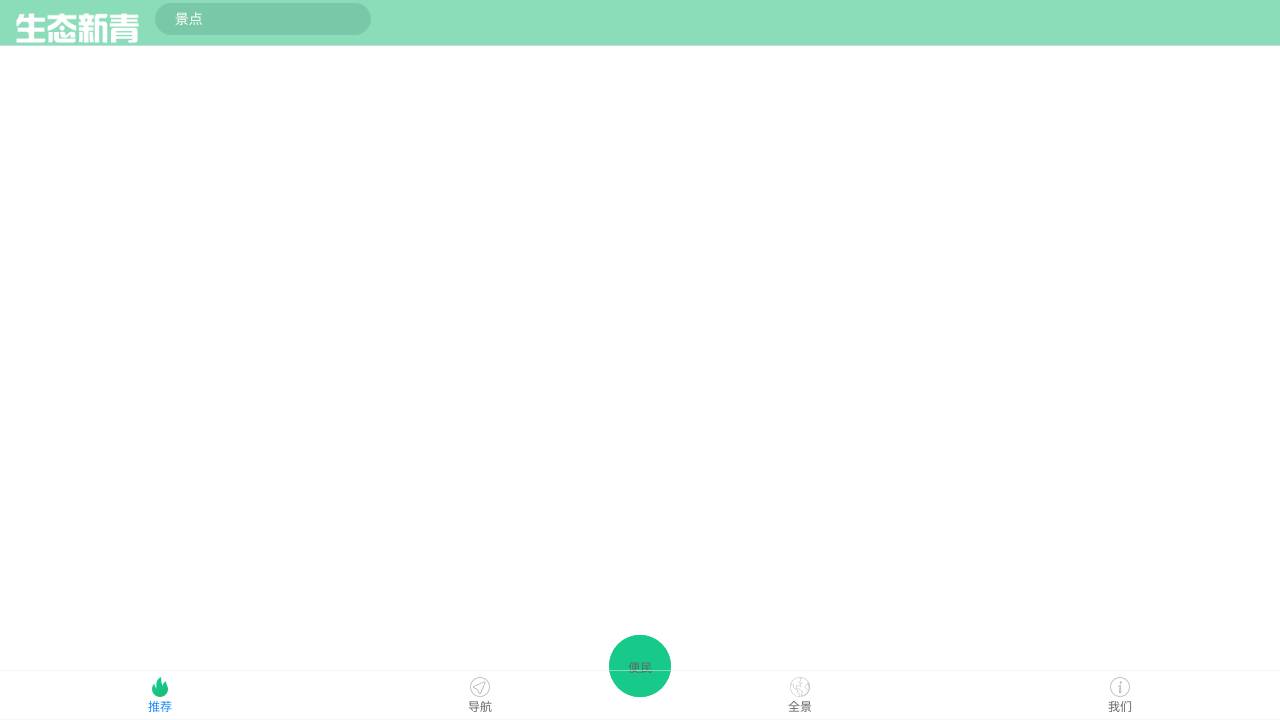
Repository: huye123/stcq
Page: /
An editor plug-in stored every save of this project. The page is shown before and after the next save, followed by the edit.
The browser window is 1280 px wide. The pictures show the whole page.
The project was rebuilt for these pictures with package versions that can differ from the ones it lists, and the page was loaded fresh each time. Also part of the build but not shown: src/components/search.vue.

Above is the page before, as saved 2019-06-28 16:40:06.

### index.html
<!DOCTYPE html>
<html>
  <head>
    <meta charset="utf-8">
    <meta name="viewport" content="width=device-width,initial-scale=1.0">
    <title>stcqapp</title>
  </head>
  <body>
    <div id="app"></div>
    <!-- built files will be auto injected -->
  </body>
</html>

### src/main.js
// The Vue build version to load with the `import` command
// (runtime-only or standalone) has been set in webpack.base.conf with an alias.
import Vue from 'vue'
import App from './App'
import router from './router'
import Vant from 'vant';
import 'vant/lib/index.css';
Vue.use(Vant)

Vue.config.productionTip = false

// require('src\style\index.less')
/* eslint-disable no-new */
new Vue({
  el: '#app',
  router,
  components: { App },
  template: '<App/>'
})

### src/App.vue
<template>
  <div id="app">
     <router-view/>
  <van-tabbar v-model="active">
  <van-tabbar-item >
    <span>推荐</span>
    <img
      slot="icon"
      slot-scope="props"
      :src="props.active ? icon.active : icon.normal"
    >
  </van-tabbar-item>
  <van-tabbar-item >
    <span>导航</span>
    <img
      slot="icon"
      slot-scope="search"
      :src="search.active ? icon.active1 : icon.navigation"
    >
  </van-tabbar-item>
  <van-tabbar-item  class="bianmin">
    <span>便民</span>
  </van-tabbar-item>
   <van-tabbar-item  class="bianmin">
    <span>便民</span>
  </van-tabbar-item>
  <van-tabbar-item >
    <span>全景</span>
    <img
      slot="icon"
      slot-scope="panorama"
      :src="panorama.active ? icon.active3 : icon.panorama"
    >
  </van-tabbar-item>
  <van-tabbar-item >
    <span>我们</span>
    <img
      slot="icon"
      slot-scope="user"
      :src="user.active ? icon.active4 : icon.user"
    >
  </van-tabbar-item>
  <!-- <van-tabbar-item icon="search">标签</van-tabbar-item>
  <van-tabbar-item icon="setting-o">标签</van-tabbar-item>
  <van-tabbar-item icon="search">标签</van-tabbar-item> -->
</van-tabbar>
  </div>
</template>

<script>
export default {
  name: 'App',
  data() {
    return {
      active: 0,
      icon: {
        normal: 'static/image/tuijian-n.png',
        active: 'static/image/tuijian-s.png',
        navigation: 'static/image/daolan-n.png',
        active1: 'static/image/daolan-s.png',
        panorama: 'static/image/quanjing-n.png',
        active3: 'static/image/quanjing-s.png',
        user: 'static/image/women-n.png',
        active4: 'static/image/women-s.png'
      },
      //  iconNav: {
      //   normal: 'static/image/daolan-n.png',
      //   active: 'static/image/daolan-s.png'
      // }
    }
  },
}
</script>

<style>
#app {
  font-family: 'Avenir', Helvetica, Arial, sans-serif;
  -webkit-font-smoothing: antialiased;
  -moz-osx-font-smoothing: grayscale;
  text-align: center;
  color: #2c3e50;
  margin-top: 60px;
}
.bianmin{
      background: #18ca8a;
    border-radius: 50%;
    /* width: 100%; */
    height: 62px;
    width: 62px;
    position: absolute;
    top:  calc(-50% - 10px);
    left: calc(50% - 31px);

}
</style>

### src/router/index.js
import Vue from 'vue'
import Router from 'vue-router'
import HelloWorld from '@/components/HelloWorld'
import Search from '@/components/search'

Vue.use(Router)

export default new Router({
  routes: [
    {
      path: '/',
      name: 'HelloWorld',
      component: HelloWorld
    },
    {
      path: '@/components/search',
      name: 'search',
      meta: {
       title: '搜索',
      },
     }

  ]
})

### src/components/HelloWorld.vue
<template>
  <div class="hello">
    <van-nav-bar fixed class="index">
      <div slot="left">
        <!-- <span class="title">生态新青</span> -->
        <van-col span="8" class="logo">
          <img src="../../static/image/logo.png" alt="">
        </van-col>
        <router-link :to="{ name: '搜索'}">
          <van-col span="14" class="indexBtn" :offset="1">
            <button>景点</button>
          </van-col>
        </router-link>
      </div>
  <!-- <van-icon name="search" slot="right" /> -->
</van-nav-bar>
  </div>
</template>

<script>
export default {
  name: 'HelloWorld',
  data () {
    return {

    }
  }
}
</script>

<!-- Add "scoped" attribute to limit CSS to this component only -->

<style scoped>
 .index{
   background-color: rgba(25, 186, 117, 0.5);
   /* opacity: 0.5; */

 }
  .logo img{
     width: 100%;
      display: block;
      margin-top: 10px;

   }
   .indexBtn button{
     background-color:  rgba(105, 184, 153, 0.5);
     border: 0px;
     width: 100%;
     border-radius: 25px;
     line-height: 30px;
     color: #fff;
     text-align: left;
     padding-left: 20px;
   }

</style>

After the next save:
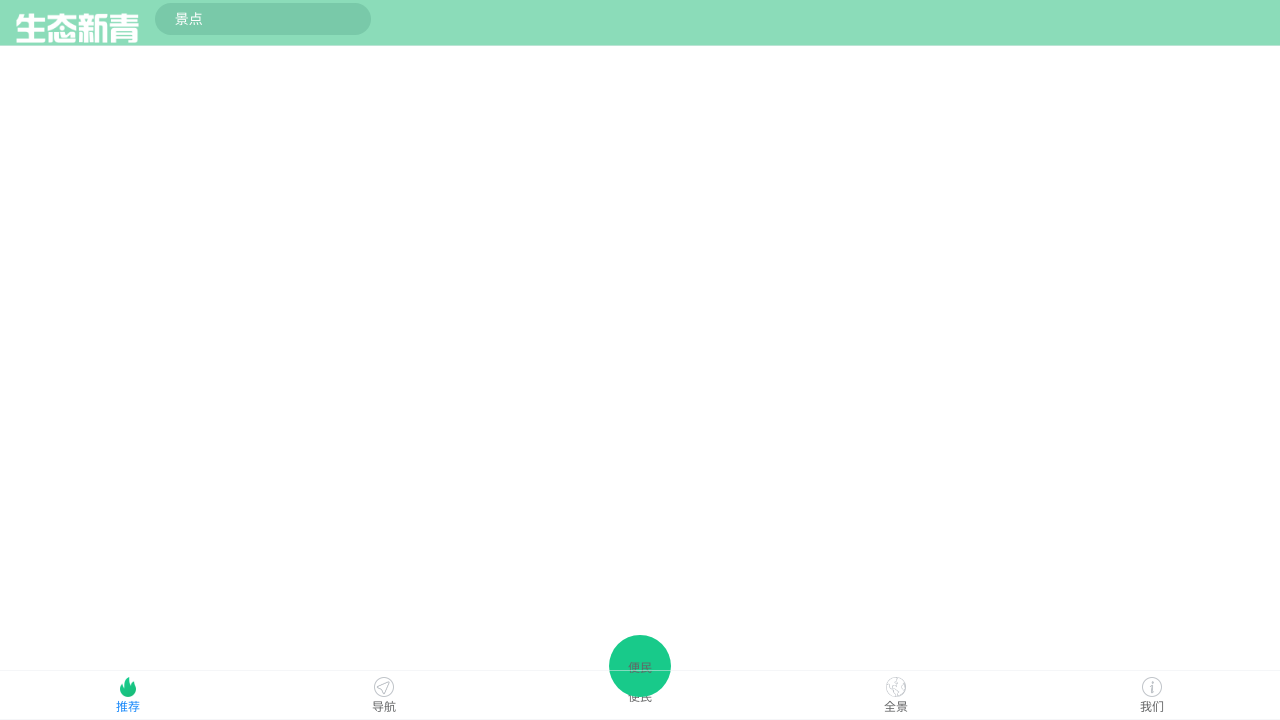
Saved 7 s later.
--- a/src/App.vue
+++ b/src/App.vue
@@ -21,7 +21,7 @@
   <van-tabbar-item  class="bianmin">
     <span>便民</span>
   </van-tabbar-item>
-   <van-tabbar-item  class="bianmin">
+   <van-tabbar-item  >
     <span>便民</span>
   </van-tabbar-item>
   <van-tabbar-item >
